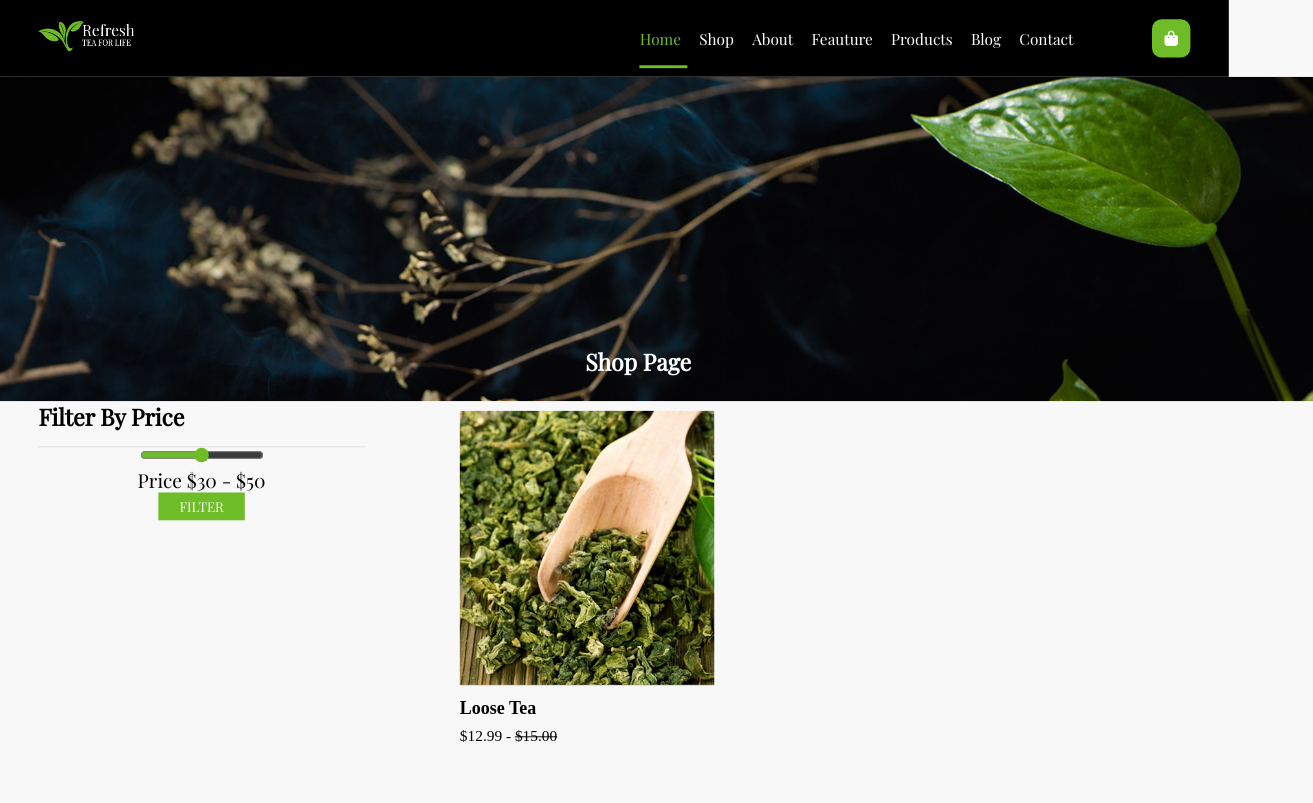
Repository: 52hzwhaleblue/school_teashop
Page: shop.html
These files come from the project's save history. The page is drawn as it stood at one moment and after the next save; the edit follows.
The browser window is 1280 px wide. The page is 1368 px wide, so the pictures cover 1368 px, including what lies to the right of the window. The pictures show the whole page, at 96% of full size.
Some web libraries are served in a nearby version.

Above is the page before, as saved 2022-04-27 21:28:44.

After the next save:
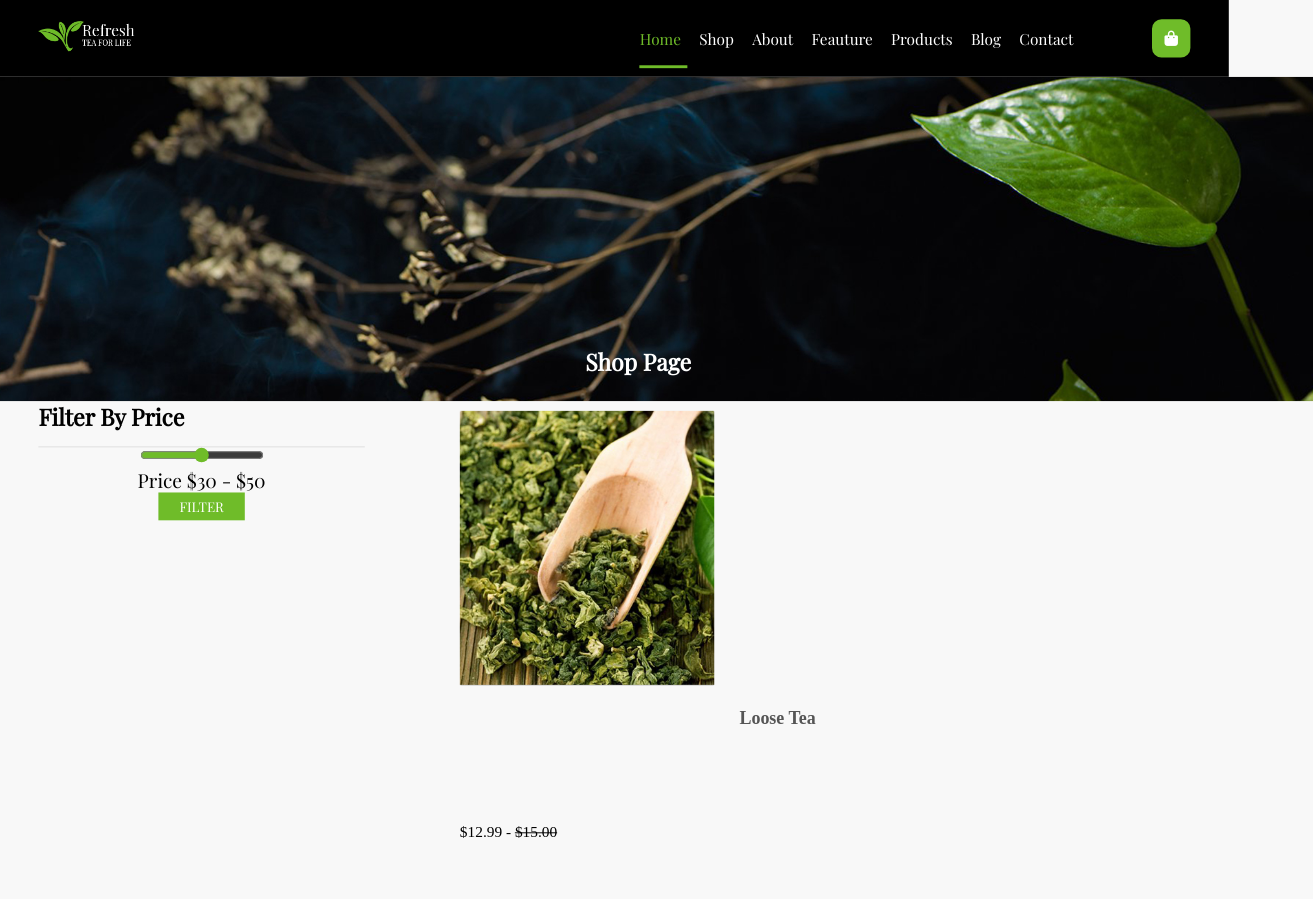
Saved 10 s later.
--- a/style.css
+++ b/style.css
@@ -709,7 +709,9 @@ body {
 
 }
 .title{
-    text-align:left;
-    margin: 10 auto 80px;
-    line-height: 40px;
-}
+    text-align: center;
+    margin: 0 auto 80px;
+    position: relative;
+    line-height: 60px;
+    color:#555;
+}
